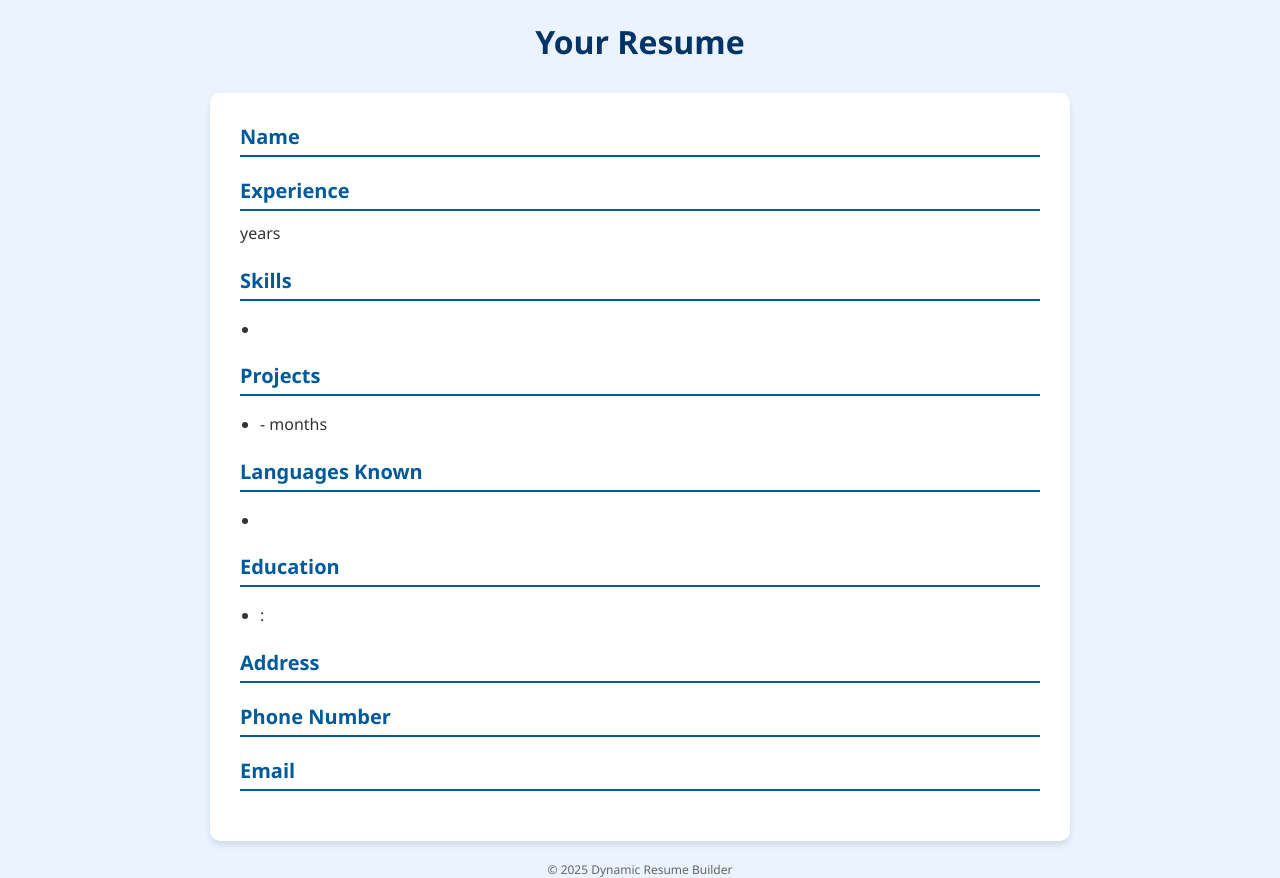
Repository: ashwin2-0/MineEclipseProjects
Page: http://localhost/springMVC/WEB-INF/views/resumeDisplay.jsp
The author's editor kept a copy of each file at every save. The page is drawn from the files as they stood at one save, then again after the next save.
The browser window is 1280 px wide. The pictures show the whole page.
The page is served by Tomcat 9. Nobody is signed in. The template is opened directly, without the code that normally fills it, so the values that code supplies are empty.

Above is the page before, as saved 2025-04-10 20:49:42.

After the next save:
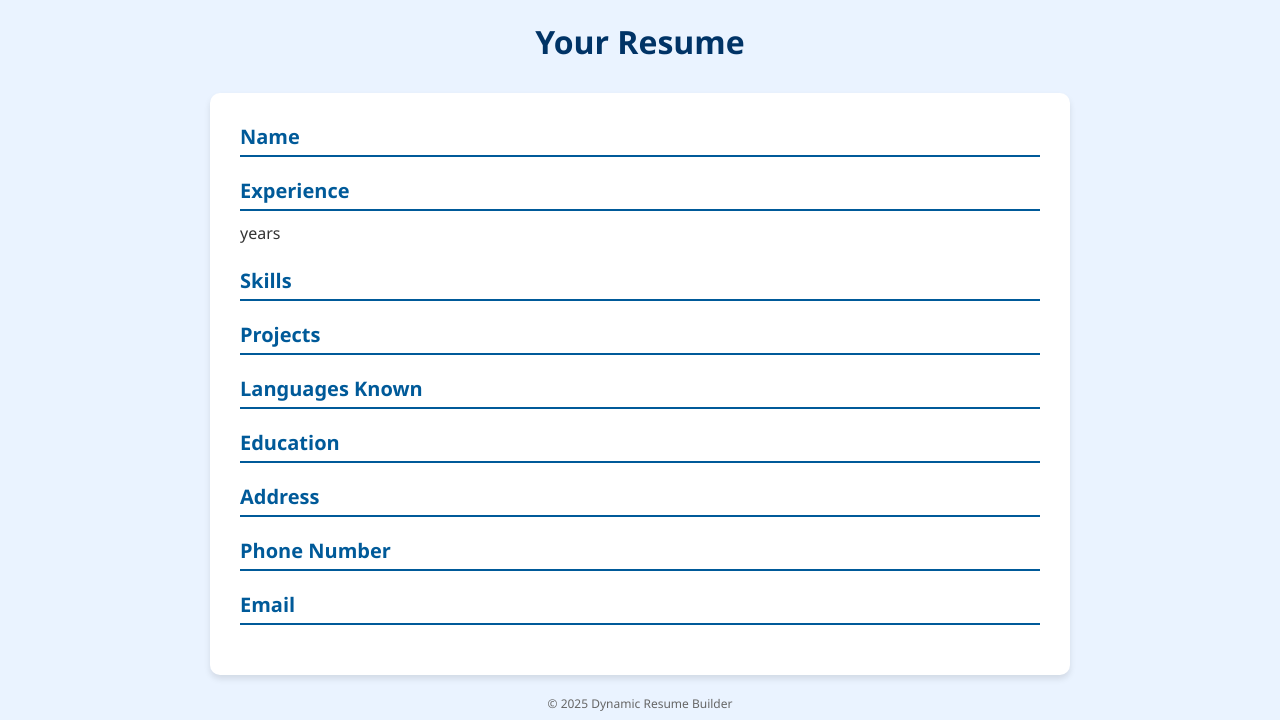
Saved 13 s later.
--- a/Spring_Core/SpringMVC/springMVC/src/main/webapp/WEB-INF/views/resumeDisplay.jsp
+++ b/Spring_Core/SpringMVC/springMVC/src/main/webapp/WEB-INF/views/resumeDisplay.jsp
@@ -1,5 +1,7 @@
 <%@ page language="java" contentType="text/html; charset=UTF-8"
     pageEncoding="UTF-8"%>
+    <%@ page isELIgnored="false" %>
+ <%@ taglib uri="http://java.sun.com/jsp/jstl/core" prefix="c" %>
 <!DOCTYPE html>
 <html>
 <head>
